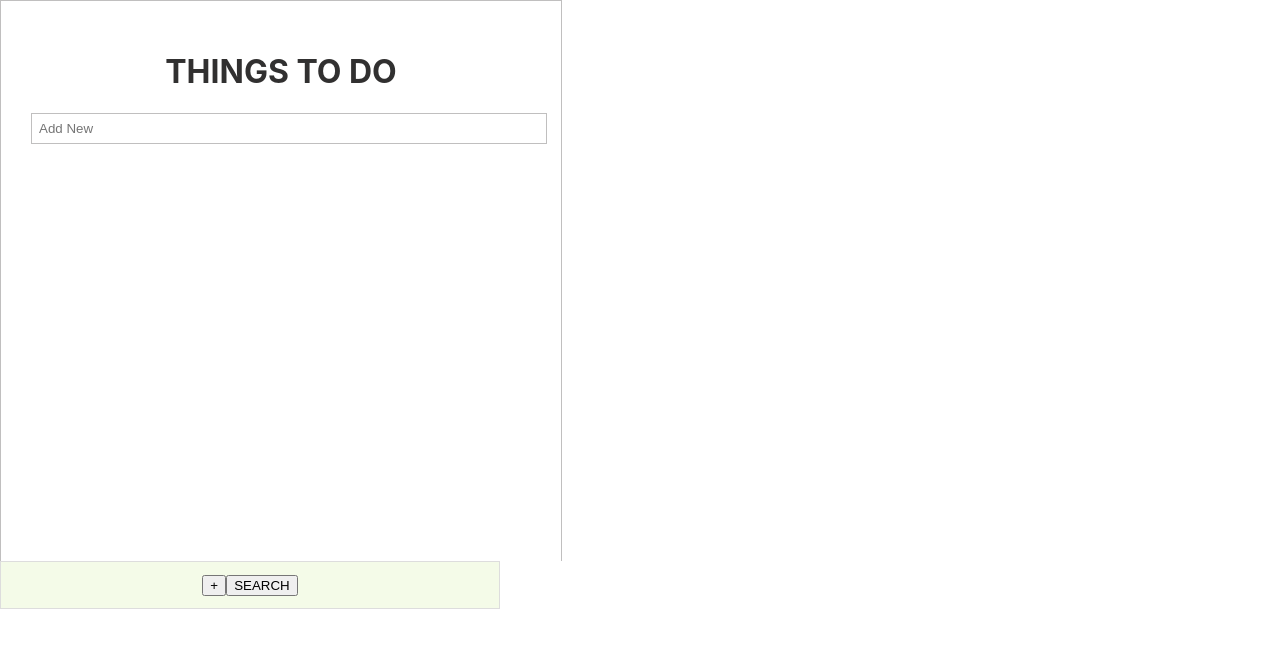
Repository: kirangautam45/To-Do-Application
Page: /
These files come from the project's save history. The page is drawn as it stood at one moment and after the next save; the edit follows.
The browser window is 1280 px wide. The pictures show the whole page.
The project was rebuilt for these pictures with package versions that can differ from the ones it lists, and the page was loaded fresh each time.

Above is the page before, as saved 2022-08-11 12:14:59.

After the next save:
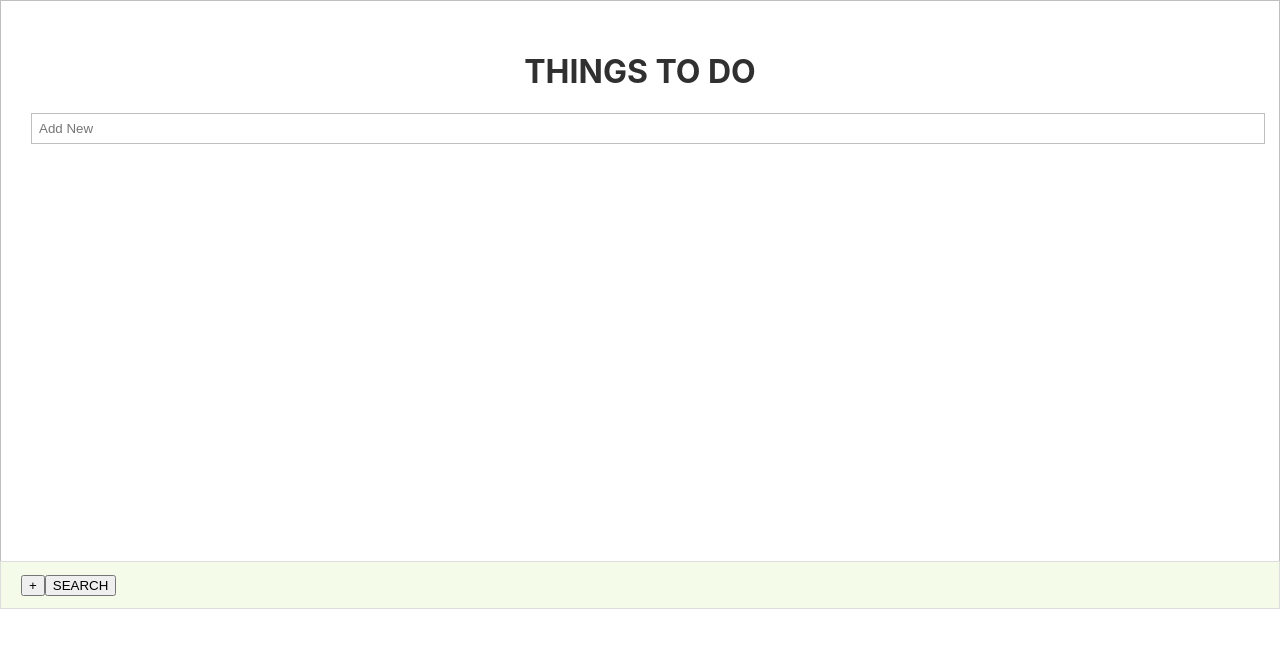
Saved 8 s later.
--- a/src/App.js
+++ b/src/App.js
@@ -2,7 +2,7 @@ import './App.css';
 
 function App() {
   return (
-    <div className="App">
+    <div>
       <div className='Body'>
       <div className='To_Body'>
         <h1 className='Header'> THINGS TO DO</h1>

After the 2 saves that followed:
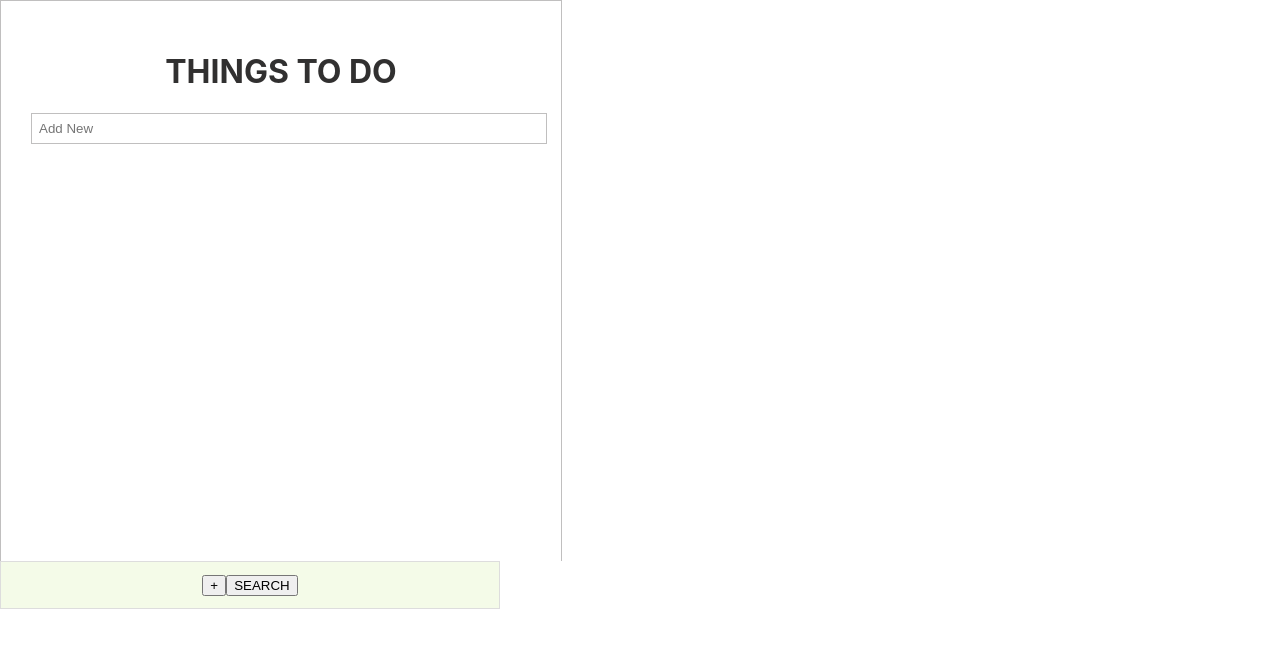
The 2 saves are shown as one change because they came seconds apart.
The last was saved 11 s later.
--- a/src/App.css
+++ b/src/App.css
@@ -1,4 +1,4 @@
-.App {
+.Body {
   background-color: #ccc;
   width: 500px;
 /* margin: 30px auto; */
